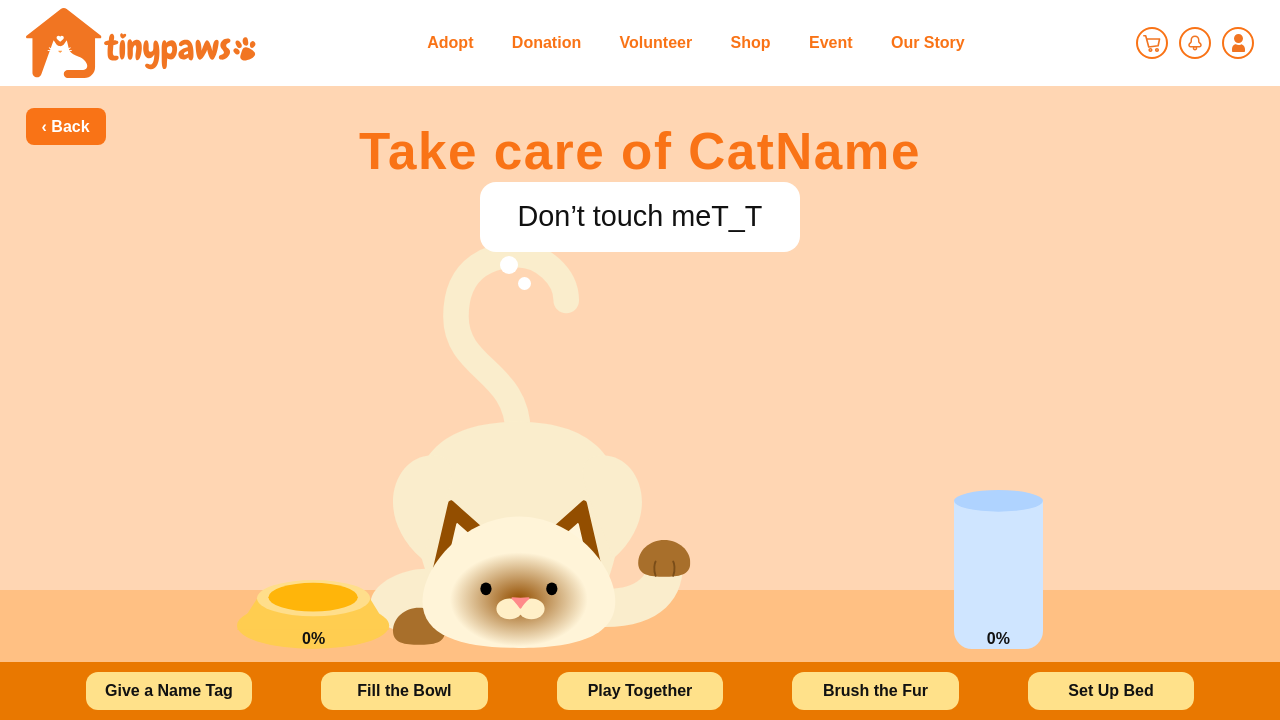
Repository: LShuyanLi/TinyPaws
Page: /, after clicking the first element matching `div > div`
The author's editor kept a copy of each file at every save. The page is drawn from the files as they stood at one save, then again after the next save.
The browser window is 1280 px wide. The pictures show the whole page.
The project was rebuilt for these pictures with package versions that can differ from the ones it lists, and the page was loaded fresh each time. The framework's server and built-in components were replaced by stand-ins that run in the browser. Also part of the build but not shown: next.config.mjs.

Above is the page before, as saved 2026-05-09 23:38:39.

After the next save:
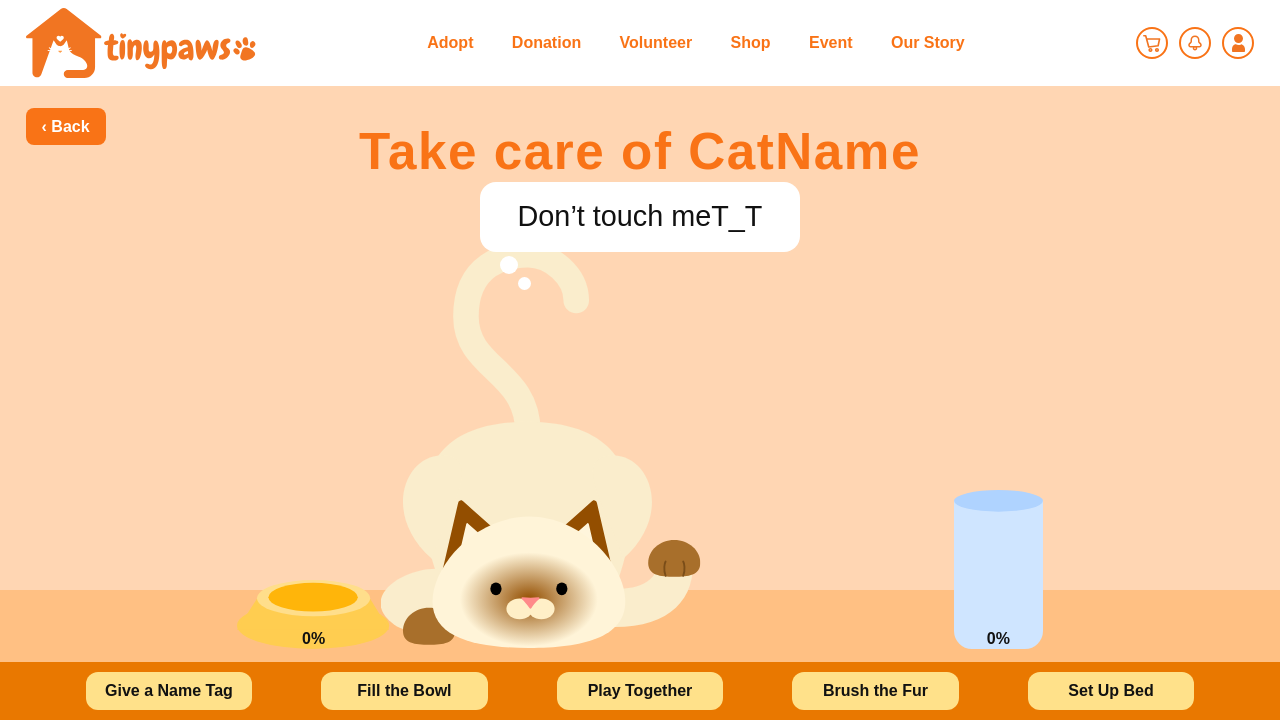
Saved 19 s later.
--- a/components/shared/CatDisplay.jsx
+++ b/components/shared/CatDisplay.jsx
@@ -13,6 +13,7 @@ export default function CatDisplay({
     objectFit: "contain",
     position: "absolute",
     bottom: "0px",
+    left: "10px",
   };
 
   if (featherActive) {
